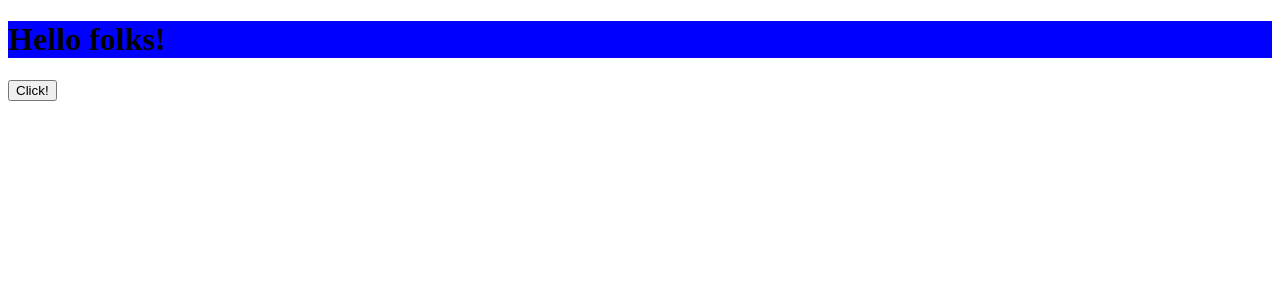
Repository: aakriti-tech/GlobalLogic
Page: Akki/WebContent/index.html
The author's editor kept a copy of each file at every save. The page is drawn from the files as they stood at one save, then again after the next save.
The browser window is 1280 px wide. The pictures show the whole page.

Above is the page before, as saved 2022-08-01 05:42:06.

After the next save:
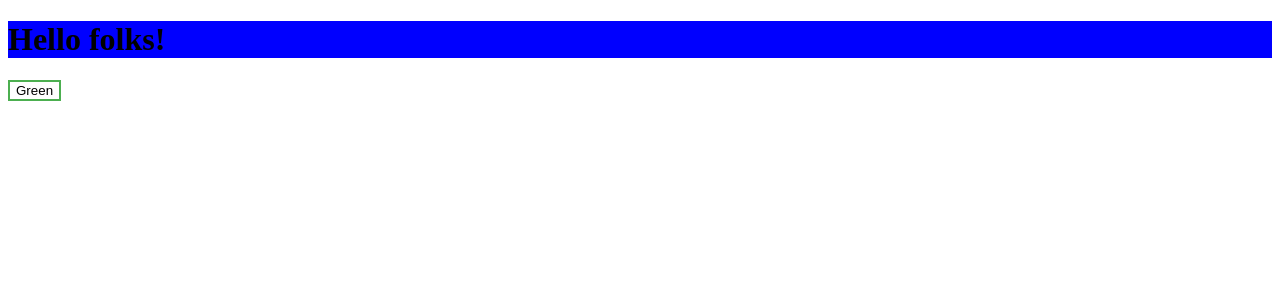
Saved 2 min 25 s later.
--- a/Akki/WebContent/index.html
+++ b/Akki/WebContent/index.html
@@ -3,11 +3,22 @@
 <head>
 <meta charset="ISO-8859-1">
 <title>First Web App</title>
+<style>
+.button1 {
+  background-color: white;
+  color: black;
+  border: 2px solid #4CAF50;
+}
+
+.button1:hover {
+  background-color: #4CAF50;
+  color: white;
+}</style>
 </head>
 <body>
 
 <h1 style="background-color: blue">Hello folks!</h1>
-<button type="button">Click!</button>
+<button class="button button1">Green</button>
 
 </body>
 </html>
